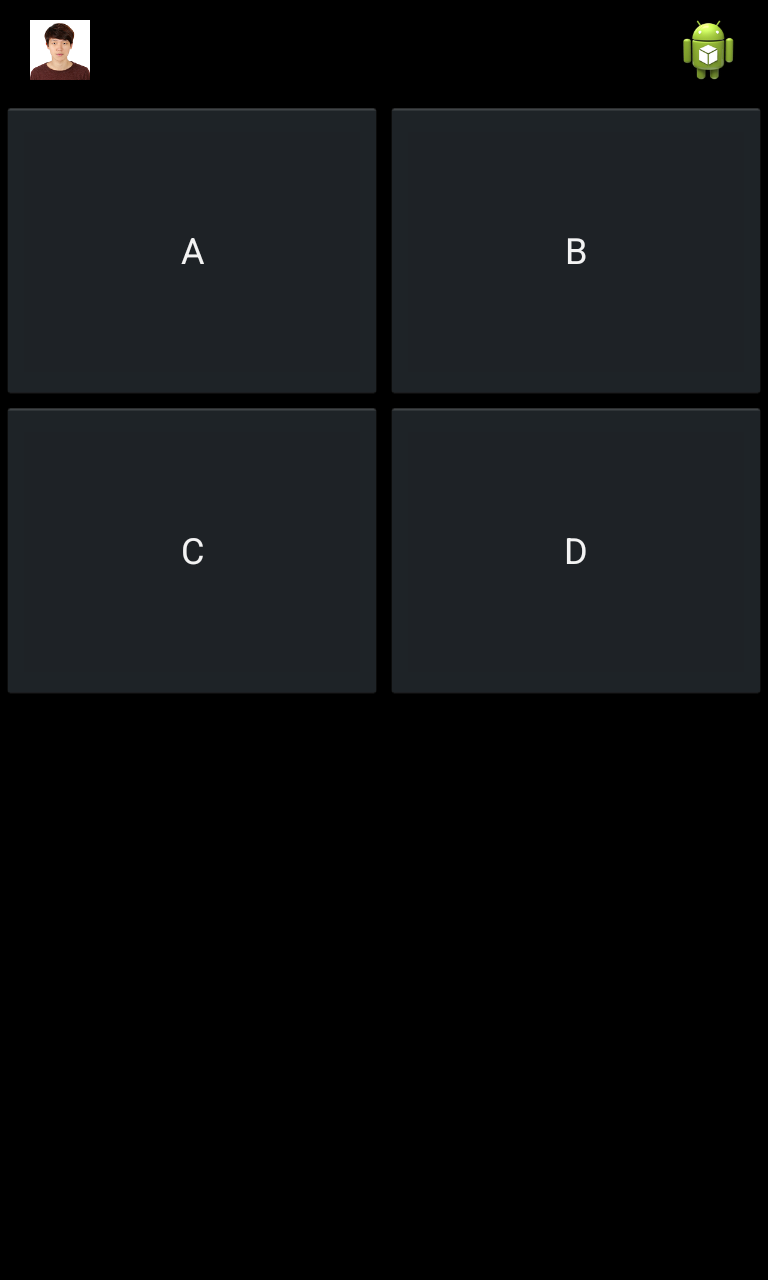
Repository: Minsu-Daniel-Kim/tipinboard1.0
Layout: TipinBoard1.0/res/layout/activity_main.xml
The author's editor kept a copy of each file at every save. The layout is drawn from the files as they stood at one save, then again after the next save.
It is drawn on a 768 x 1280 px phone screen (xhdpi) without system bars, with theme android:Theme.Holo; the app's code is not run.

Above is the layout before, as saved 2013-04-15 12:36:44.

### TipinBoard1.0/res/layout/activity_main.xml
<?xml version="1.0" encoding="utf-8"?>
<LinearLayout xmlns:android="http://schemas.android.com/apk/res/android"
    android:layout_width="fill_parent"
    android:layout_height="fill_parent"
    android:orientation="vertical" >

    <RelativeLayout
        android:id="@+id/imageView1"
        android:layout_width="fill_parent"
        android:layout_height="50dp"
        android:orientation="horizontal" >

        <RelativeLayout
            android:id="@+id/imageView1"
            android:layout_width="fill_parent"
            android:layout_height="50dp"
            android:onClick="myPage"
            android:orientation="horizontal" >

            <ImageView
                android:id="@+id/iv_profile"
                android:layout_width="40dp"
                android:layout_height="40dp"
                android:layout_alignParentBottom="true"
                android:layout_alignParentLeft="true"
                android:layout_margin="10dp"
                android:onClick="myPage"
                android:src="@drawable/daniel" />

            <TextView
                android:id="@+id/tv_username"
                android:layout_width="wrap_content"
                android:layout_height="fill_parent"
                android:layout_toRightOf="@+id/iv_profile"
                android:gravity="center_vertical"
                android:onClick="myPage"
                android:textStyle="bold" />
        </RelativeLayout>

        <ImageView
            android:layout_width="40dp"
            android:layout_height="40dp"
            android:layout_alignParentBottom="true"
            android:layout_alignParentRight="true"
            android:layout_margin="10dp"
            android:src="@drawable/ic_launcher" />
    </RelativeLayout>

    <LinearLayout
        xmlns:android="http://schemas.android.com/apk/res/android"
        android:layout_width="fill_parent"
        android:layout_height="wrap_content"
        android:orientation="horizontal" >

        <Button
            android:id="@+id/button1"
            android:layout_width="0dp"
            android:layout_height="150dp"
            android:layout_weight="1"
            android:onClick="detail"
            android:text="A" />

        <Button
            android:id="@+id/button1"
            android:layout_width="0dp"
            android:layout_height="150dp"
            android:layout_weight="1"
            android:text="B" />
    </LinearLayout>

    <LinearLayout
        xmlns:android="http://schemas.android.com/apk/res/android"
        android:layout_width="fill_parent"
        android:layout_height="wrap_content"
        android:orientation="horizontal" >

        <Button
            android:id="@+id/button1"
            android:layout_width="0dp"
            android:layout_height="150dp"
            android:layout_weight="1"
            android:text="C" />

        <Button
            android:id="@+id/button1"
            android:layout_width="0dp"
            android:layout_height="150dp"
            android:layout_weight="1"
            android:text="D" />
    </LinearLayout>

</LinearLayout>

After the next save:
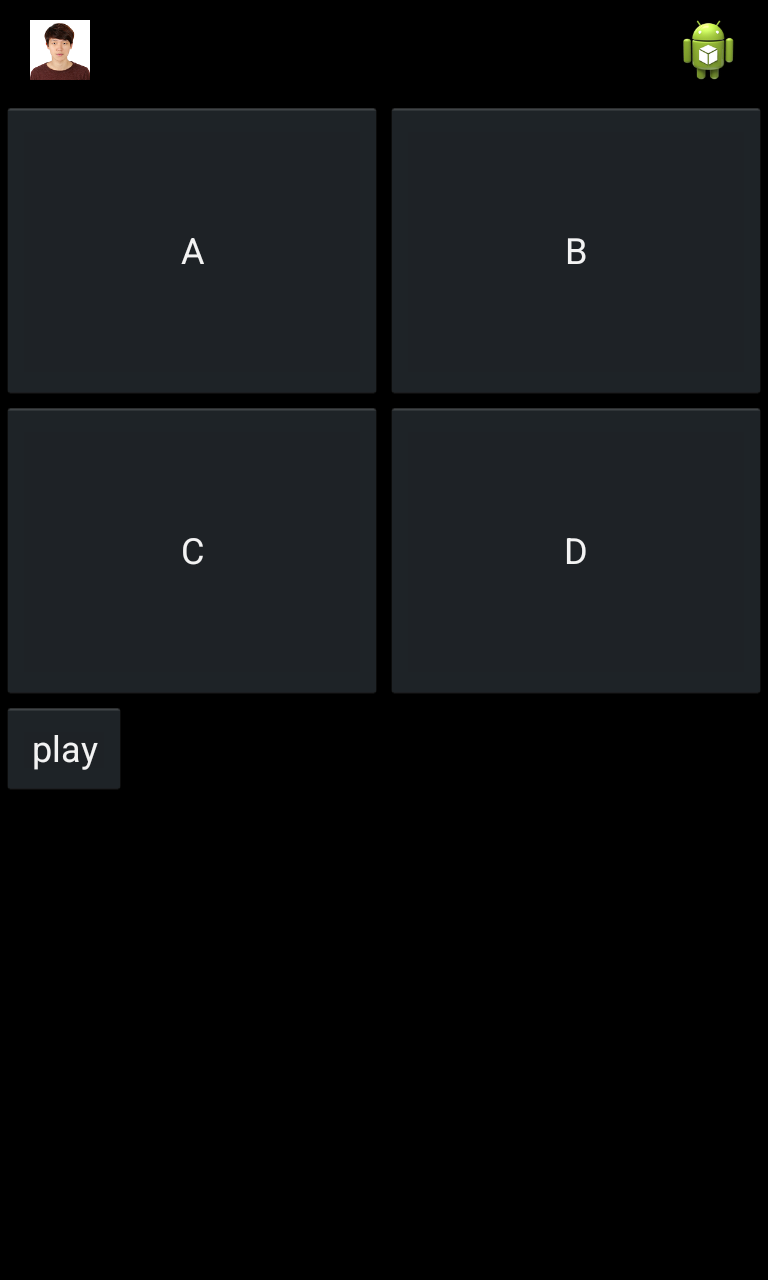
Saved 34 s later.
--- a/TipinBoard1.0/res/layout/activity_main.xml
+++ b/TipinBoard1.0/res/layout/activity_main.xml
@@ -89,4 +89,10 @@
             android:text="D" />
     </LinearLayout>
 
+    <Button
+        android:id="@+id/button2"
+        android:layout_width="wrap_content"
+        android:layout_height="wrap_content"
+        android:text="play" />
+
 </LinearLayout>
